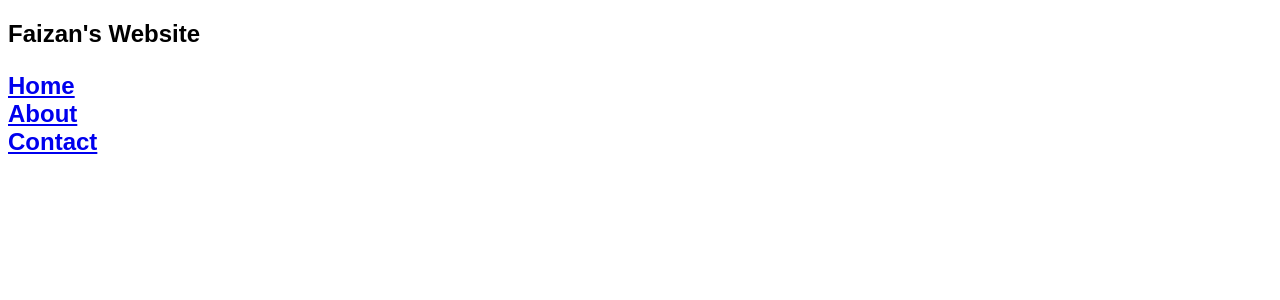
Repository: codewithfaizan/JavaScriptSelf
Page: 27.08.2022/index.html
These files come from the project's save history. The page is drawn as it stood at one moment and after the next save; the edit follows.
The browser window is 1280 px wide. The pictures show the whole page.

Above is the page before, as saved 2022-08-27 15:36:43.

After the next save:
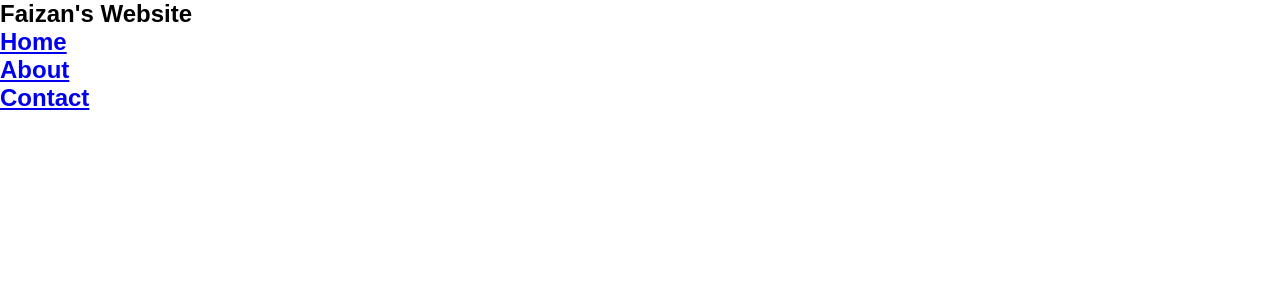
Saved 7 s later.
--- a/27.08.2022/style.css
+++ b/27.08.2022/style.css
@@ -1,6 +1,7 @@
 *{
     box-sizing: border-box;
-    padding:0
+    padding:0;
+    margin: 0;
 }
 
 body {
